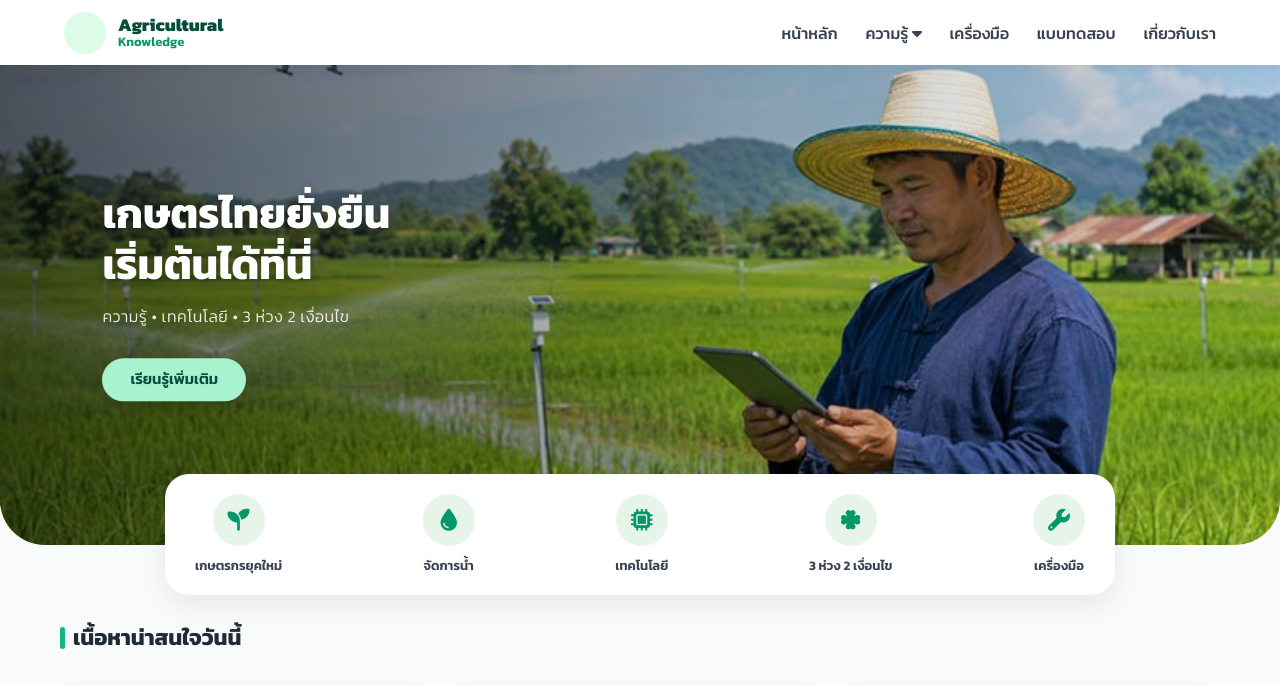
Repository: nuwat-wa/Project-WebdesignAG
Page: ag1.html
An editor plug-in stored every save of this project. The page is shown before and after the next save, followed by the edit.
The browser window is 1280 px wide. The pictures show the part of the page from y = 0 to 685 px (the page is 1534 px tall).
Pictures or frames that could not be fetched are drawn as grey boxes.

Above is the page before, as saved 2026-09-25 19:17:14.

After the next save:
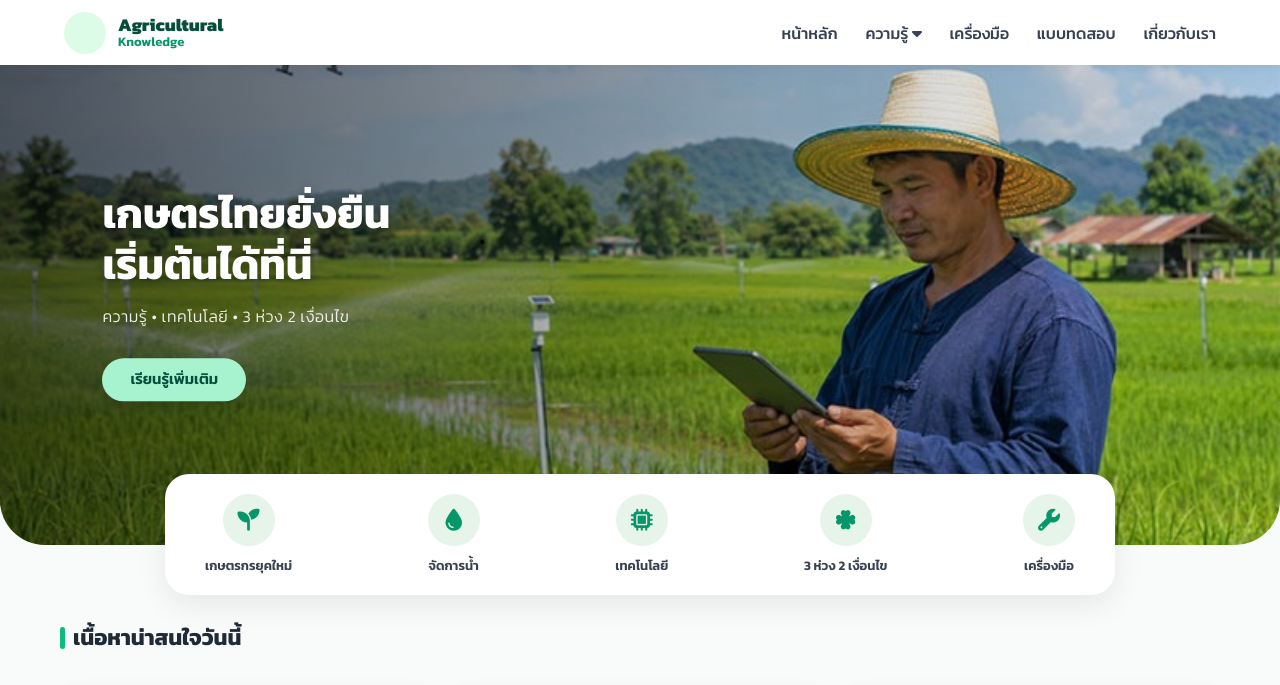
Saved 2 min 44 s later.
--- a/ag1.css
+++ b/ag1.css
@@ -196,7 +196,7 @@ html::-webkit-scrollbar {
   max-width: 950px;
   background: white;
   border-radius: 24px;
-  padding: 20px 30px;
+  padding: 20px 40px;
   display: flex;
   justify-content: space-between;
   align-items: center;
